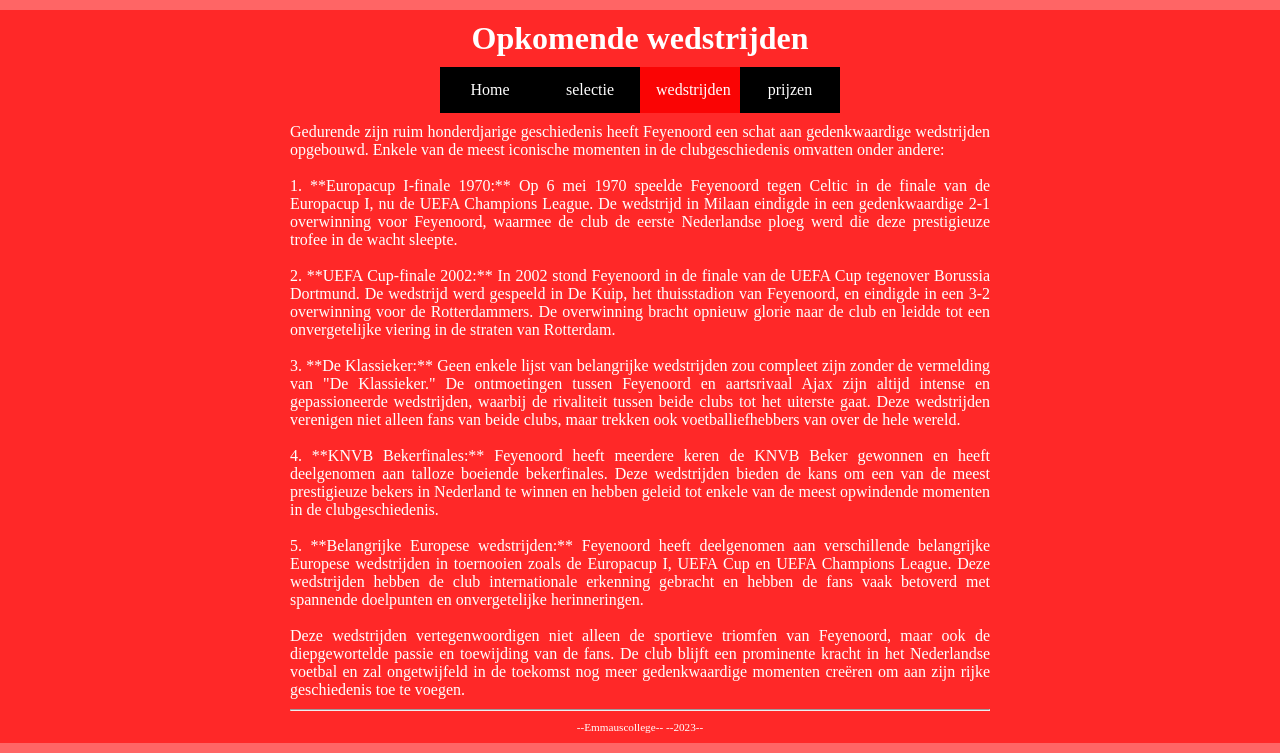
Repository: Manoize/ManoIze
Page: info.html
These files come from the project's save history. The page is drawn as it stood at one moment and after the next save; the edit follows.
The browser window is 1280 px wide. The pictures show the whole page.

Above is the page before, as saved 2023-10-24 10:28:59.

After the next save:
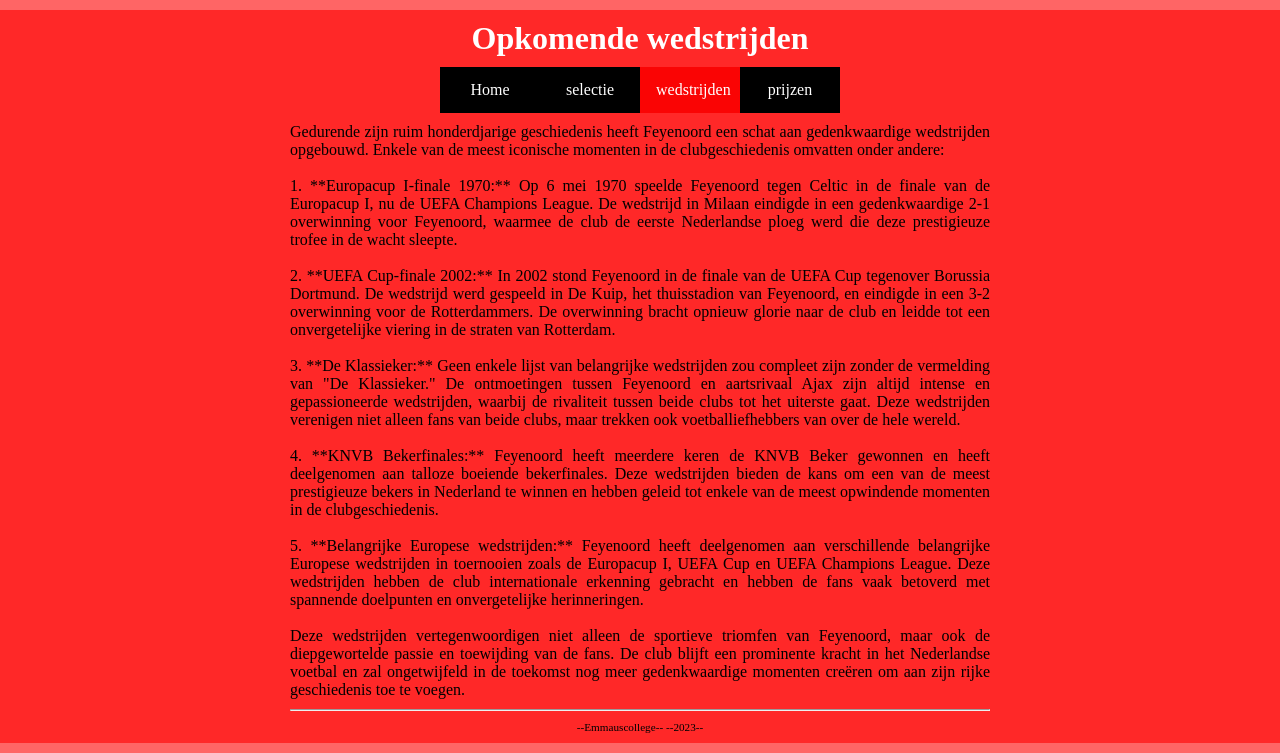
Saved 21 s later.
--- a/style.css
+++ b/style.css
@@ -21,7 +21,7 @@
 html, body {                      /* geldt voor html en body */
   margin: 0px;                    /* standaard marge 0 */
   background-color: #ff00009a;    /* achtergrondkleur lichtgrijs */
-  color: #ffffff;               /* tekstkleur donkergrijs */
+  color: #000000;               /* tekstkleur donkergrijs */
 }
 
 
